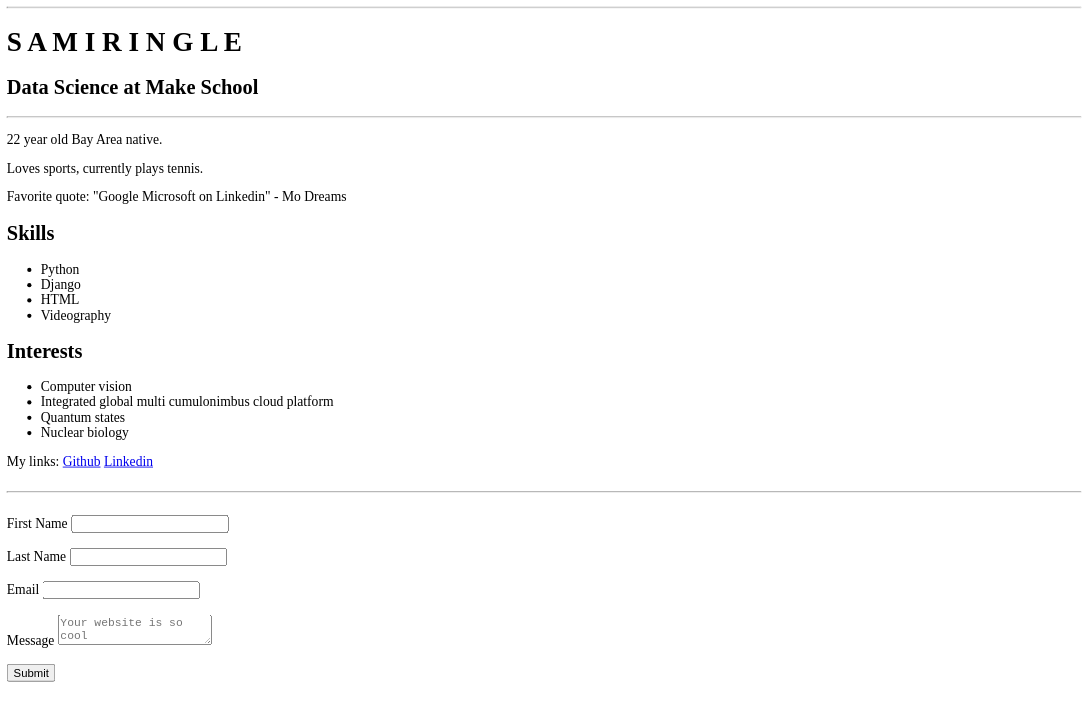
Repository: SamirIngley/html-semantic
Page: index.html
An editor plug-in stored every save of this project. The page is shown before and after the next save, followed by the edit.
The browser window is 1280 px wide. The pictures show the whole page, at 85% of full size.

Above is the page before, as saved 2020-01-22 23:41:31.

After the next save:
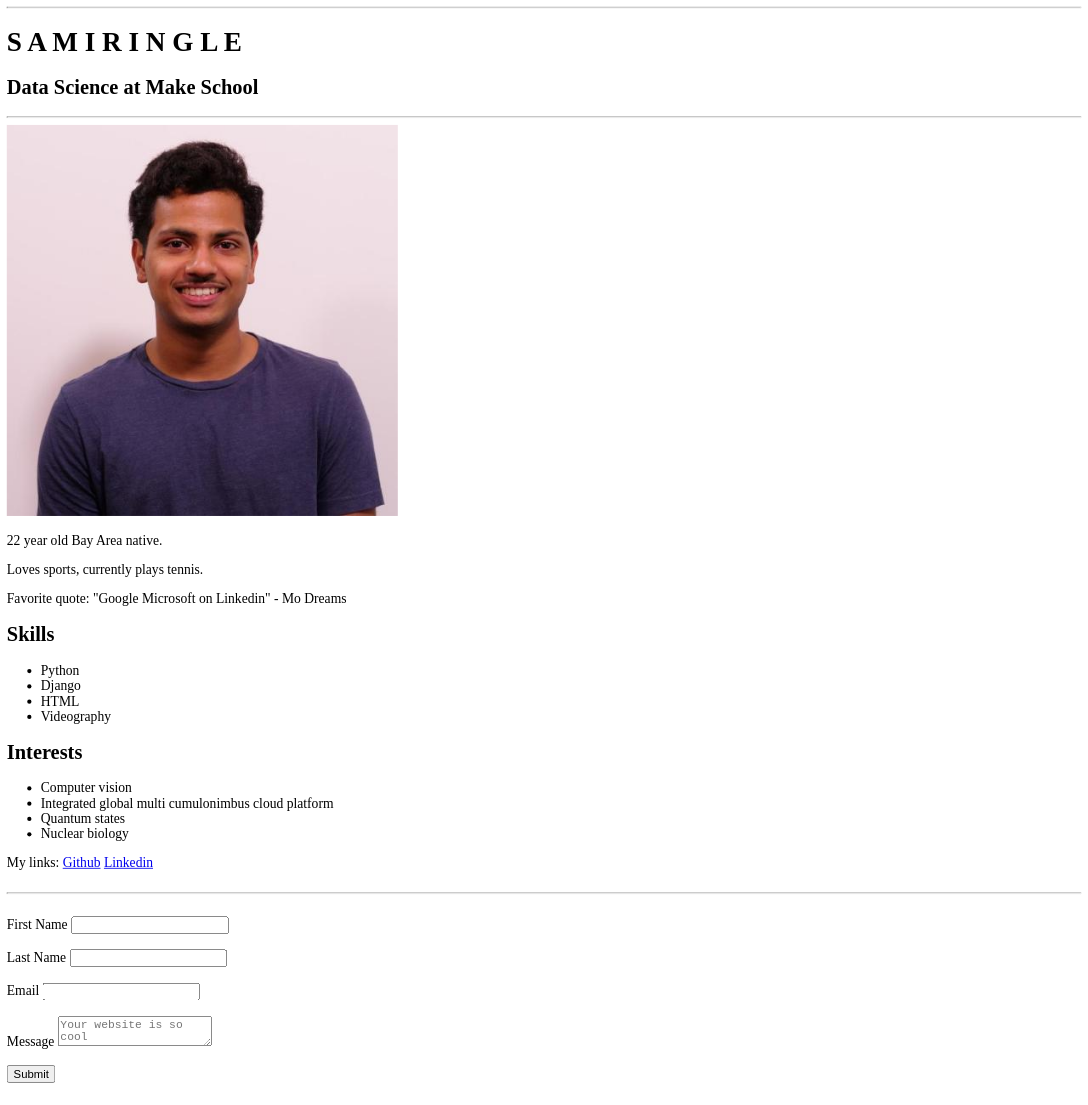
Saved 50 s later.
--- a/index.html
+++ b/index.html
@@ -49,6 +49,7 @@ header -> navbar, main, footer-->
             <h1>S A M I R I N G L E</h1>
             <h2><b>Data Science</b> at Make School</h2>
             <hr>
+            <img src="prof_pic.jpeg" alt="Italian Trulli">
 
             <article>
                 <p>
